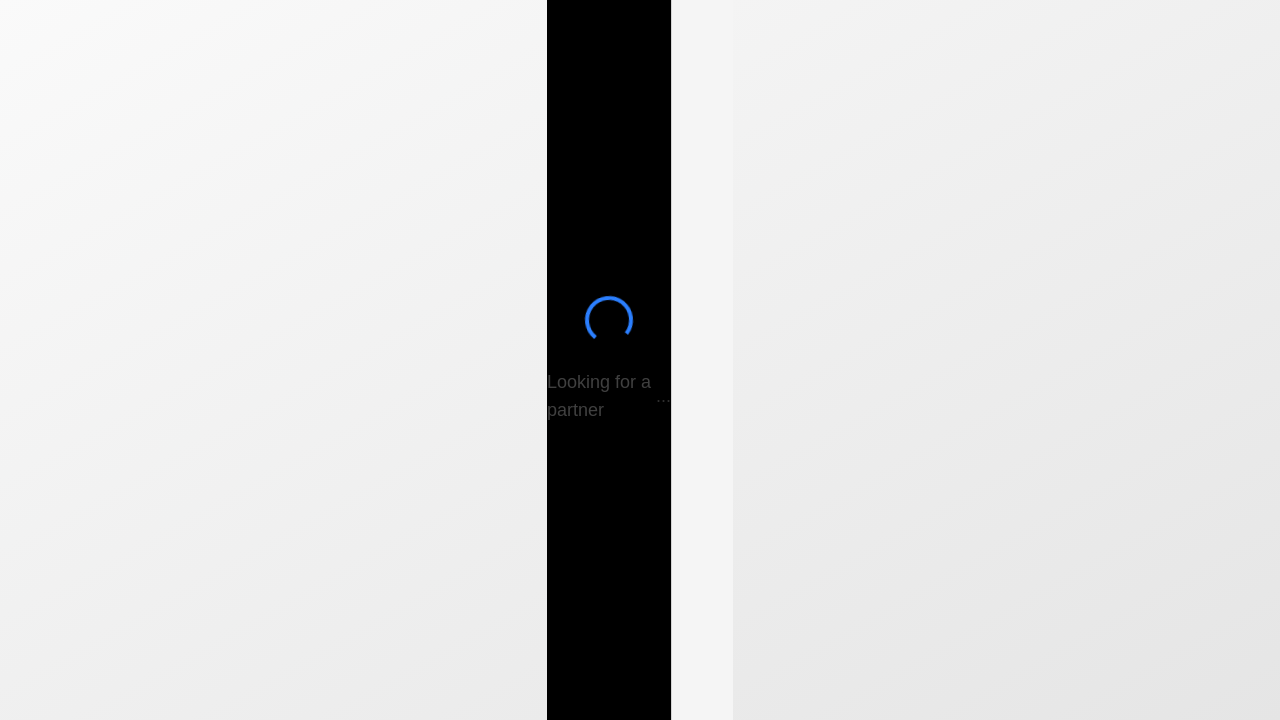
Repository: akanksha653/connectify
Page: /anonymous
An editor plug-in stored every save of this project. The page is shown before and after the next save, followed by the edit.
The browser window is 1280 px wide. The pictures show the whole page.
The page's requests for data from a server got no answer. The project was rebuilt for these pictures with package versions that can differ from the ones it lists, and the page was loaded fresh each time. The framework's server and built-in components were replaced by stand-ins that run in the browser. No one was signed in, and anything a server would have sent is missing. Also part of the build but not shown: next.config.ts, components/video/LocalVideo.tsx, components/video/RemoteVideo.tsx, components/chat/Message.tsx, components/chat/ChatBox.tsx.

Above is the page before, as saved 2025-07-12 11:11:12.

After the next save:
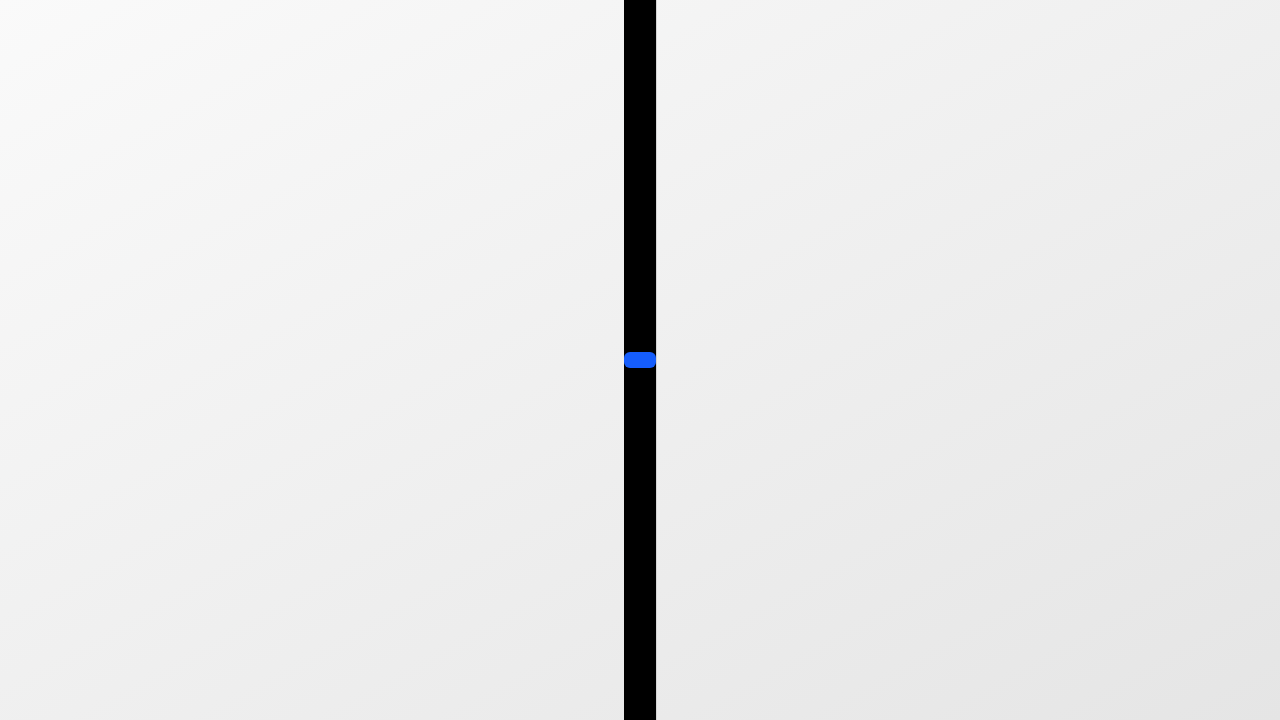
Saved 27 min 13 s later.
--- a/features/anonymousChat/components/AnonymousChatRoom.tsx
+++ b/features/anonymousChat/components/AnonymousChatRoom.tsx
@@ -7,16 +7,18 @@ import LocalVideo from "../../../components/video/LocalVideo";
 import RemoteVideo from "../../../components/video/RemoteVideo";
 import ChatBox from "../../../components/chat/ChatBox";
 import FindingPartner from "./FindingPartner";
+import Button from "../../../components/common/Button";
 
 export default function AnonymousChatRoom() {
   const [roomId, setRoomId] = useState<string | null>(null);
   const [isOfferer, setIsOfferer] = useState<boolean | null>(null);
-  const [loading, setLoading] = useState(true);
+  const [loading, setLoading] = useState(false);
+  const [chatStarted, setChatStarted] = useState(false);
 
   const socket = useSocket();
 
   // ✅ Initialize WebRTC only when roomId & isOfferer are assigned
-  const { localStream, remoteStream } = useWebRTC(roomId, isOfferer);
+  const { localStream, remoteStream, stopWebRTC } = useWebRTC(roomId, isOfferer);
 
   /**
    * ✅ Handle 'matched' event from server with useCallback
@@ -34,6 +36,7 @@ export default function AnonymousChatRoom() {
       console.log("🎉 Matched in room:", roomId, "Offerer:", isOfferer);
       setRoomId(roomId);
       setIsOfferer(isOfferer);
+      setLoading(true);
 
       // ✅ Join assigned room after server matching
       socket?.emit("join-room", roomId);
@@ -63,19 +66,27 @@ export default function AnonymousChatRoom() {
 
     const handleDisconnect = () => {
       console.log("⚠️ Disconnected from socket server");
-      setLoading(true);
+      setLoading(false);
+      setChatStarted(false);
     };
 
     const handleConnect = () => {
       console.log("✅ Connected to socket server:", socket.id);
     };
 
+    const handlePartnerLeft = () => {
+      console.log("👋 Partner left the chat");
+      handleStop(); // Auto stop and show Start button
+    };
+
     socket.on("disconnect", handleDisconnect);
     socket.on("connect", handleConnect);
+    socket.on("partner-left", handlePartnerLeft);
 
     return () => {
       socket.off("disconnect", handleDisconnect);
       socket.off("connect", handleConnect);
+      socket.off("partner-left", handlePartnerLeft);
     };
   }, [socket]);
 
@@ -89,22 +100,51 @@ export default function AnonymousChatRoom() {
   }, [remoteStream]);
 
   /**
+   * ✅ Start chat handler
+   */
+  const handleStart = () => {
+    if (!socket) return;
+    console.log("🔍 Looking for partner...");
+    setChatStarted(true);
+    setLoading(true);
+    // Emit to server to enter matchmaking (server auto matches if someone waiting)
+    // In your current signaling.js, just connecting triggers matchmaking
+  };
+
+  /**
+   * ✅ Stop chat handler
+   */
+  const handleStop = () => {
+    console.log("🛑 Stopping chat...");
+    if (socket && roomId) {
+      socket.emit("leave-room", roomId);
+    }
+    stopWebRTC(); // Clean up WebRTC connection
+    setRoomId(null);
+    setIsOfferer(null);
+    setChatStarted(false);
+    setLoading(false);
+  };
+
+  /**
    * ✅ Leave room on unmount for cleanup
    */
   useEffect(() => {
     return () => {
-      if (socket && roomId) {
-        socket.emit("leave-room", roomId);
-        console.log("👋 Left room:", roomId);
-      }
+      handleStop();
     };
-  }, [socket, roomId]);
+    // eslint-disable-next-line react-hooks/exhaustive-deps
+  }, []);
 
   return (
     <div className="flex flex-col md:flex-row h-screen">
       {/* Video Section */}
       <div className="flex-1 bg-black flex items-center justify-center relative">
-        {loading ? (
+        {!chatStarted ? (
+          <div className="flex flex-col items-center justify-center space-y-4">
+            <Button onClick={handleStart}>Start</Button>
+          </div>
+        ) : loading ? (
           <FindingPartner />
         ) : (
           <>
@@ -116,6 +156,11 @@ export default function AnonymousChatRoom() {
               )}
             </div>
             <RemoteVideo stream={remoteStream} />
+
+            {/* Stop button */}
+            <div className="absolute top-4 right-4">
+              <Button onClick={handleStop}>Stop</Button>
+            </div>
           </>
         )}
       </div>
